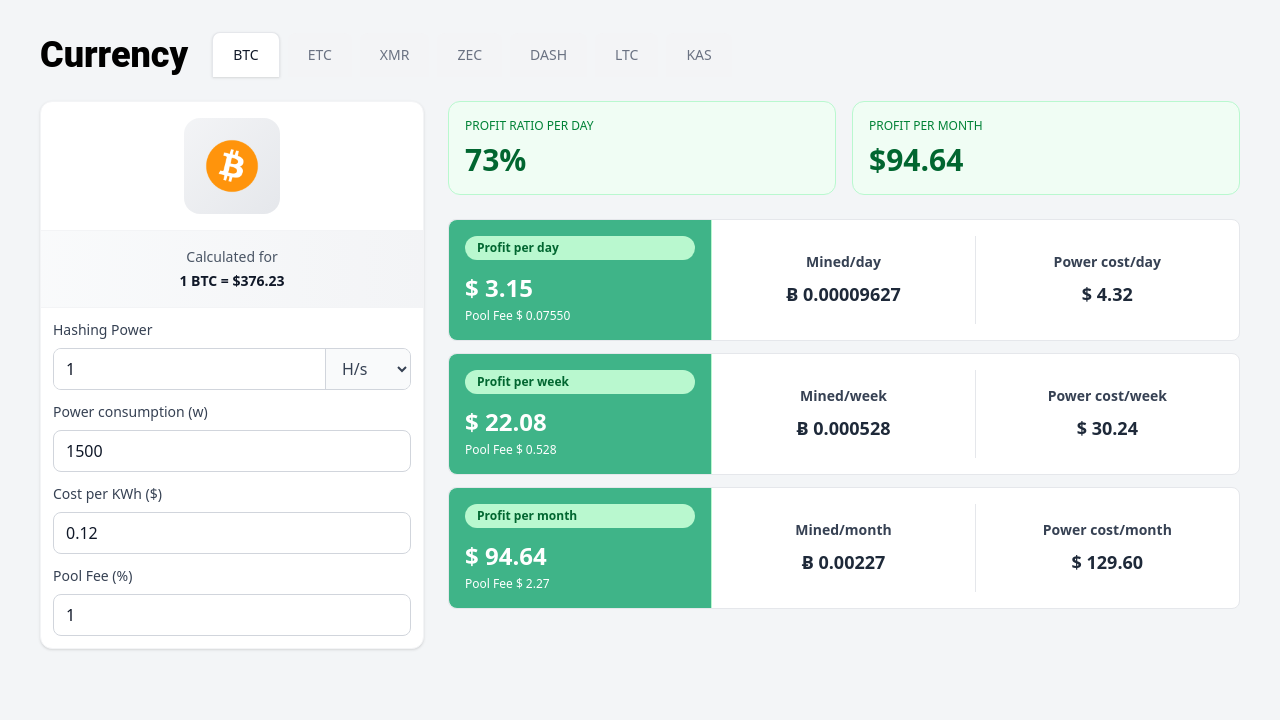
Repository: Bilal-Ahmad-CodeMaster/crypto-proj
Page: /
These files come from the project's save history. The page is drawn as it stood at one moment and after the next save; the edit follows.
The browser window is 1280 px wide. The pictures show the whole page.
The project was rebuilt for these pictures with package versions that can differ from the ones it lists, and the page was loaded fresh each time. The framework's server and built-in components were replaced by stand-ins that run in the browser. Also part of the build but not shown: next.config.ts.

Above is the page before, as saved 2025-11-25 22:38:20.

After the next save:
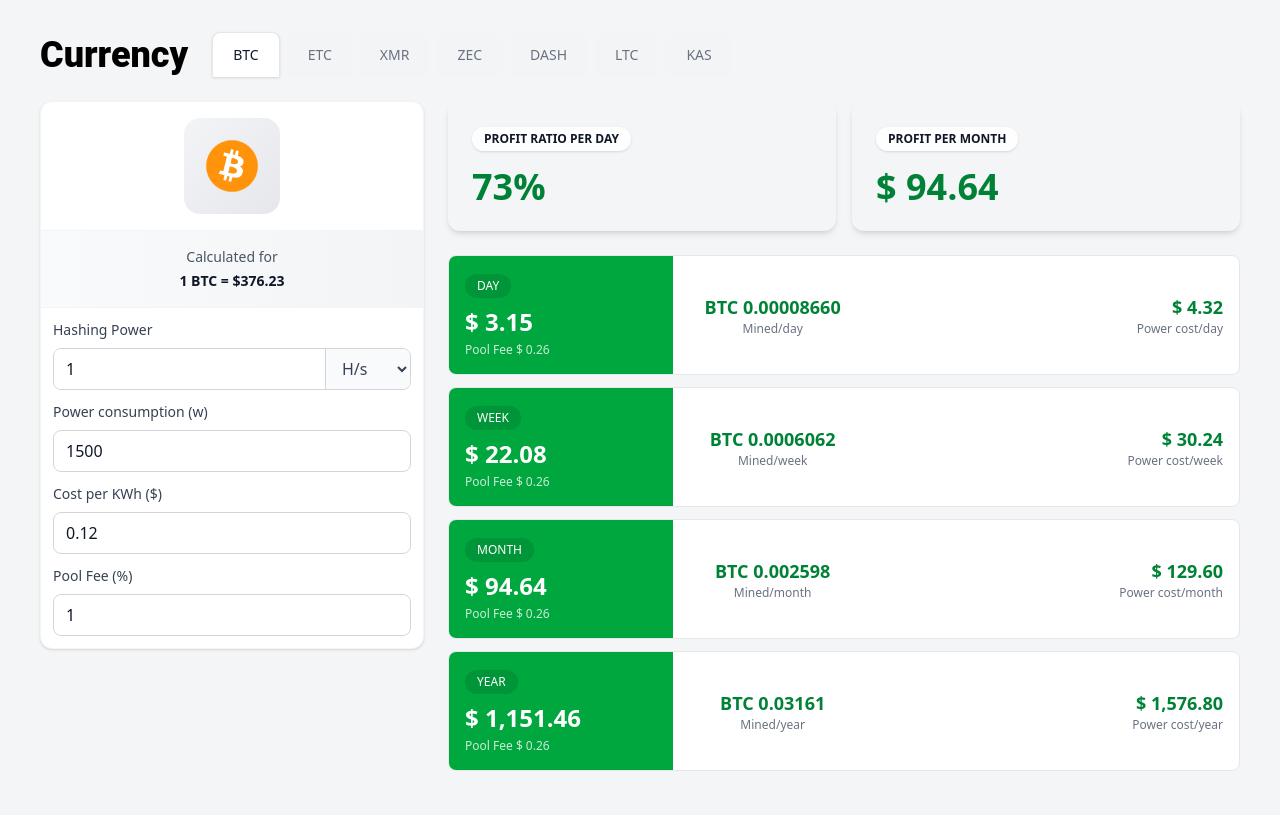
Saved 17 s later.
--- a/src/app/components/ResultCards.tsx
+++ b/src/app/components/ResultCards.tsx
@@ -1,115 +1,58 @@
 'use client'
 import React from 'react'
 
-interface StatRowProps {
-    title: string;
-    money: string;
-    mined: string;
-    powerCost: string;
-    poolFee: string;
-    positive?: boolean;
-}
 
-function StatRow({ title, money, mined, powerCost, poolFee, positive = true }: StatRowProps) {
+function StatRow({ title, money, mined, powerCost, positive = true }: unknown) {
     return (
-        <div className="mb-3 rounded-lg border border-gray-200 bg-white hover:shadow-sm transition-all">
-            <div className="flex">
-                {/* First part with background color */}
-                <div className={`w-1/3 p-4 rounded-l-lg ${positive ? 'bg-[#3FB488] border-r border-green-200' : 'bg-[#F15C5C] border-r border-red-200'}`}>
-                    <div className={`text-xs font-semibold px-3 py-1 rounded-full ${positive ? 'bg-green-200 text-green-800' : 'bg-red-200 text-red-800'} mb-3`}>
-                        Profit per {title.toLowerCase()}
-                    </div>
-                    <div className={`text-2xl font-bold mb-1 text-white`}>{money}</div>
-                    <div className={`text-xs text-white`}>Pool Fee {poolFee}</div>
+        <div className="mb-3 rounded-lg overflow-hidden flex border border-gray-200 bg-white">
+            <div className={`w-56 p-4 text-white ${positive ? 'bg-green-600' : 'bg-red-600'} profit-left`}>
+                <div className="text-xs uppercase bg-black/10 inline-block px-3 py-1 rounded-full mb-2">{title}</div>
+                <div className="text-2xl font-bold">{money}</div>
+                <div className="text-xs mt-1 opacity-80">Pool Fee $ 0.26</div>
+            </div>
+
+
+            <div className="flex-1 p-4 grid grid-cols-3 items-center gap-4">
+                <div className="text-center">
+                    <div className={`text-lg font-semibold ${positive ? 'text-green-700' : 'text-red-600'}`}>{mined}</div>
+                    <div className="text-xs text-gray-500">Mined/{title.toLowerCase()}</div>
                 </div>
-
-                {/* Second and third parts without background color */}
-                <div className="flex-1 grid grid-cols-2 items-center">
-                    {/* Mined Column */}
-                    <div className="text-center border-r border-gray-200 py-4">
-                        <div className="text-sm font-semibold text-gray-700 mb-2">Mined/{title.toLowerCase()}</div>
-                        <div className="text-lg font-bold text-gray-800">{mined}</div>
-                    </div>
-
-                    {/* Power Cost Column */}
-                    <div className="text-center py-4">
-                        <div className="text-sm font-semibold text-gray-700 mb-2">Power cost/{title.toLowerCase()}</div>
-                        <div className="text-lg font-bold text-gray-800">{powerCost}</div>
-                    </div>
+                <div className="text-right col-span-2">
+                    <div className={`text-lg font-semibold ${positive ? 'text-green-700' : 'text-red-600'}`}>{powerCost}</div>
+                    <div className="text-xs text-gray-500">Power cost/{title.toLowerCase()}</div>
                 </div>
             </div>
         </div>
     )
 }
 
+
 export default function ResultCards({ active }: { active: string }) {
+    // Example positive/negative toggles per currency
     const positive = active !== 'etc'
 
-    // Get currency symbol based on active tab
-    const getCurrencySymbol = () => {
-        switch (active.toLowerCase()) {
-            case 'btc': return 'Ƀ'
-            case 'etc': return 'Ξ'
-            case 'xmr': return 'ɱ'
-            case 'zec': return 'ⓩ'
-            case 'dash': return 'Đ'
-            case 'ltc': return 'Ł'
-            case 'kas': return 'Ҝ'
-            default: return 'Ƀ'
-        }
-    }
-
-    const currencySymbol = getCurrencySymbol()
 
     return (
         <div>
-            {/* Summary Cards */}
             <div className="grid grid-cols-2 gap-4 mb-6">
-                <div className={`rounded-xl p-4 border ${positive ? 'bg-green-50 border-green-200' : 'bg-red-50 border-red-200'}`}>
-                    <div className={`text-xs font-medium ${positive ? 'text-green-700' : 'text-red-700'} mb-2`}>
-                        PROFIT RATIO PER DAY
-                    </div>
-                    <div className={`text-3xl font-bold ${positive ? 'text-green-800' : 'text-red-800'}`}>
-                        {positive ? '73%' : '-70%'}
-                    </div>
+                <div className={`rounded-xl p-6 shadow-md ${positive ? 'bg-paleGreen' : 'bg-paleRed'}`}>
+                    <div className="text-xs font-semibold bg-white/90 inline-block px-3 py-1 rounded-full shadow">PROFIT RATIO PER DAY</div>
+                    <div className={`text-4xl font-bold mt-4 ${positive ? 'text-green-700' : 'text-red-700'}`}>{positive ? '73%' : '-70%'}</div>
                 </div>
 
-                <div className={`rounded-xl p-4 border ${positive ? 'bg-green-50 border-green-200' : 'bg-red-50 border-red-200'}`}>
-                    <div className={`text-xs font-medium ${positive ? 'text-green-700' : 'text-red-700'} mb-2`}>
-                        PROFIT PER MONTH
-                    </div>
-                    <div className={`text-3xl font-bold ${positive ? 'text-green-800' : 'text-red-800'}`}>
-                        {positive ? '$94.64' : '$ -90.66'}
-                    </div>
+
+                <div className={`rounded-xl p-6 shadow-md ${positive ? 'bg-paleGreen' : 'bg-paleRed'}`}>
+                    <div className="text-xs font-semibold bg-white/90 inline-block px-3 py-1 rounded-full shadow">PROFIT PER MONTH</div>
+                    <div className={`text-4xl font-bold mt-4 ${positive ? 'text-green-700' : 'text-red-700'}`}>{positive ? '$ 94.64' : '$ -90.66'}</div>
                 </div>
             </div>
 
-            {/* Time Period Cards */}
+
             <div>
-                <StatRow
-                    title="Day"
-                    money="$ 3.15"
-                    mined={`${currencySymbol} 0.00009627`}
-                    powerCost="$ 4.32"
-                    poolFee="$ 0.07550"
-                    positive={positive}
-                />
-                <StatRow
-                    title="Week"
-                    money="$ 22.08"
-                    mined={`${currencySymbol} 0.000528`}
-                    powerCost="$ 30.24"
-                    poolFee="$ 0.528"
-                    positive={positive}
-                />
-                <StatRow
-                    title="Month"
-                    money="$ 94.64"
-                    mined={`${currencySymbol} 0.00227`}
-                    powerCost="$ 129.60"
-                    poolFee="$ 2.27"
-                    positive={positive}
-                />
+                <StatRow title="Day" money="$ 3.15" mined="BTC 0.00008660" powerCost="$ 4.32" positive={positive} />
+                <StatRow title="Week" money="$ 22.08" mined="BTC 0.0006062" powerCost="$ 30.24" positive={positive} />
+                <StatRow title="Month" money="$ 94.64" mined="BTC 0.002598" powerCost="$ 129.60" positive={positive} />
+                <StatRow title="Year" money="$ 1,151.46" mined="BTC 0.03161" powerCost="$ 1,576.80" positive={positive} />
             </div>
         </div>
     )
